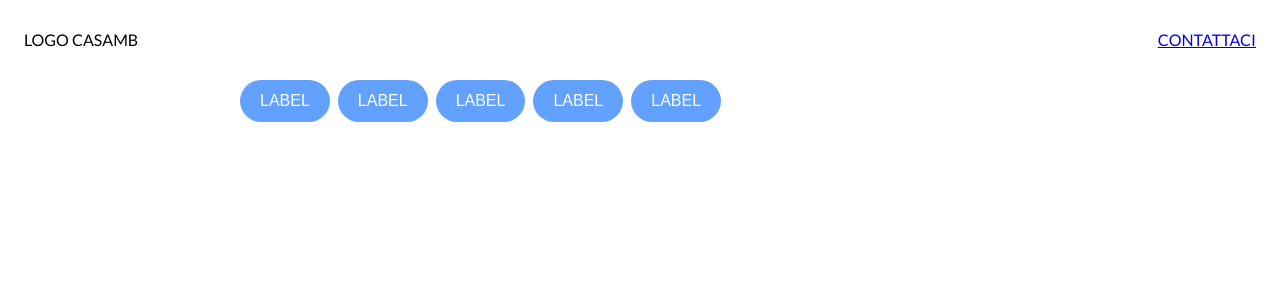
Repository: nicolorz/casamb
Page: /
These files come from the project's save history. The page is drawn as it stood at one moment and after the next save; the edit follows.
The browser window is 1280 px wide. The pictures show the whole page.
The project was rebuilt for these pictures with package versions that can differ from the ones it lists, and the page was loaded fresh each time. Also part of the build but not shown: src/index.css, src/App.css.

Above is the page before, as saved 2023-07-18 17:50:55.

After the next save:
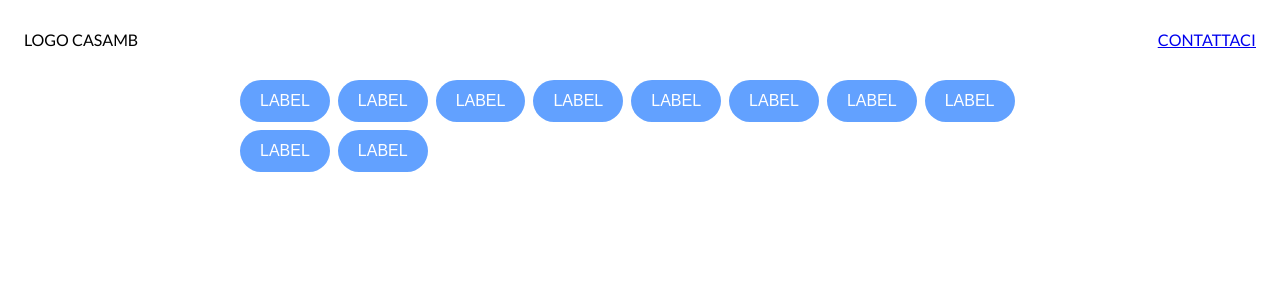
Saved 12 s later.
--- a/src/components/HeaderWrapper/HeaderBottom.js
+++ b/src/components/HeaderWrapper/HeaderBottom.js
@@ -9,6 +9,11 @@ export const HeaderBottom = () => {
                 <SortingBtn />
                 <SortingBtn />
                 <SortingBtn />
+                <SortingBtn />
+                <SortingBtn />
+                <SortingBtn />
+                <SortingBtn />
+                <SortingBtn />
             </div>
         </div>
     )
